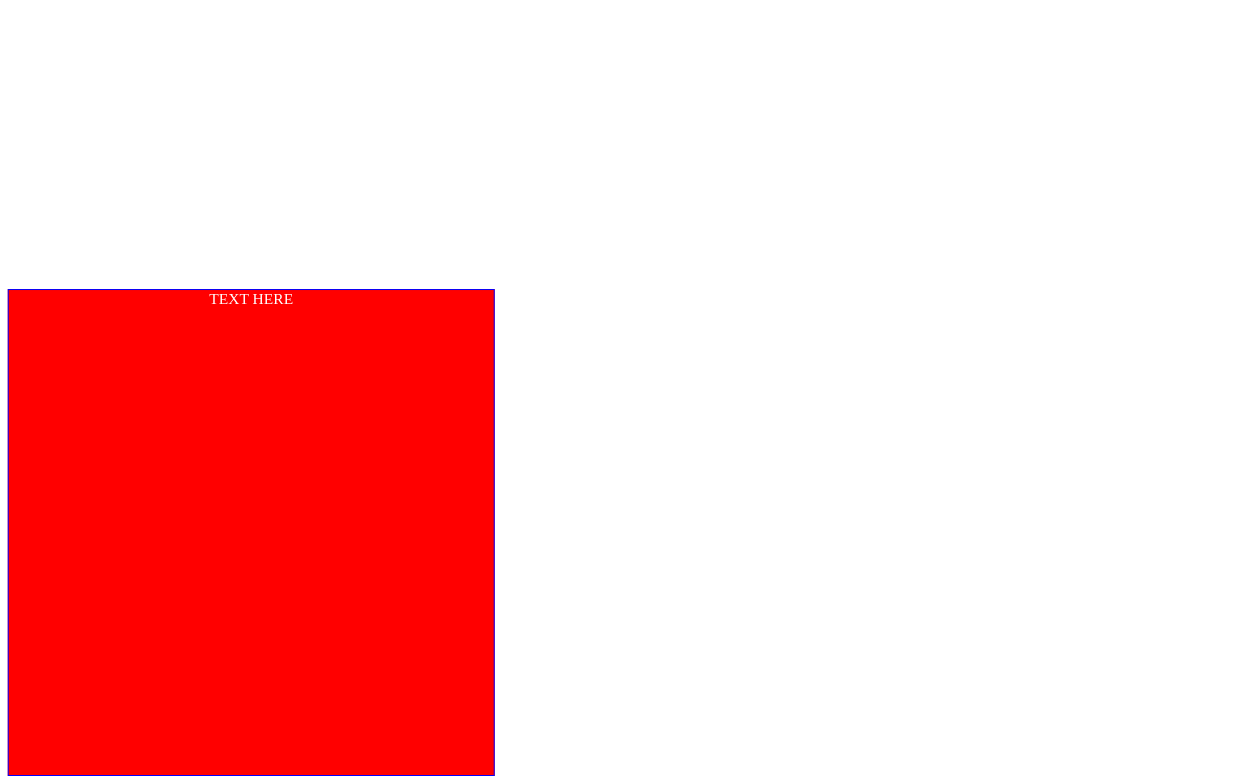
Repository: piyushiso/piyushiso.github.io
Page: random/daynight/index.html
The author's editor kept a copy of each file at every save. The page is drawn from the files as they stood at one save, then again after a run of saves.
The browser window is 1280 px wide. The page is 1288 px wide, so the pictures cover 1288 px, including what lies to the right of the window. The pictures show the whole page, at 97% of full size.

Above is the page before, as saved 2022-05-23 16:05:48.

After the next 3 saves:
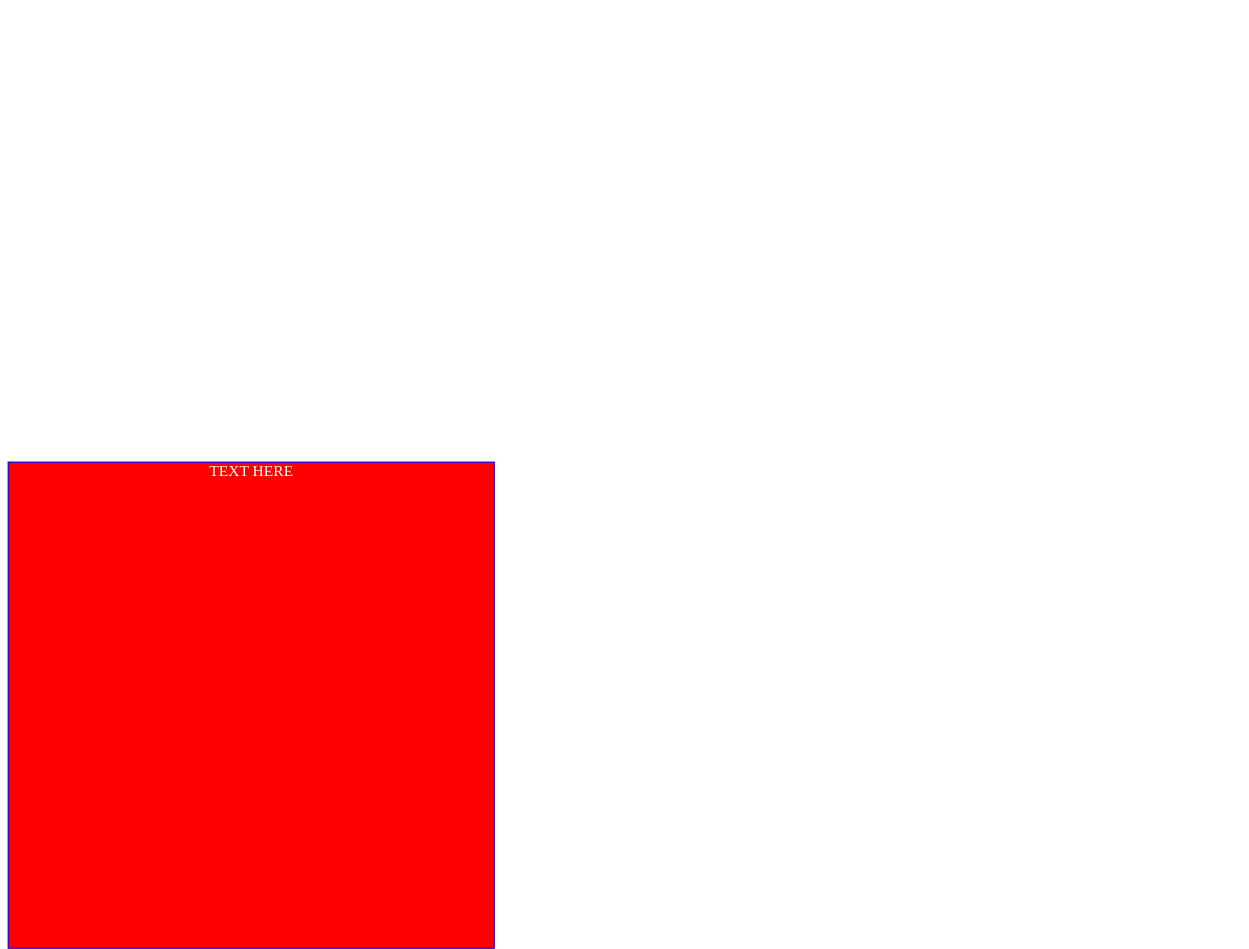
The 3 saves are shown as one change because they came seconds apart.
The last was saved 27 s later.
--- a/random/daynight/styles/style.css
+++ b/random/daynight/styles/style.css
@@ -13,7 +13,7 @@
     width: 500px;
     border: solid thin blue;
     position: absolute;
-    bottom: -10%;
+    bottom: -250px;
     text-align: center;
     color: white;
 }
